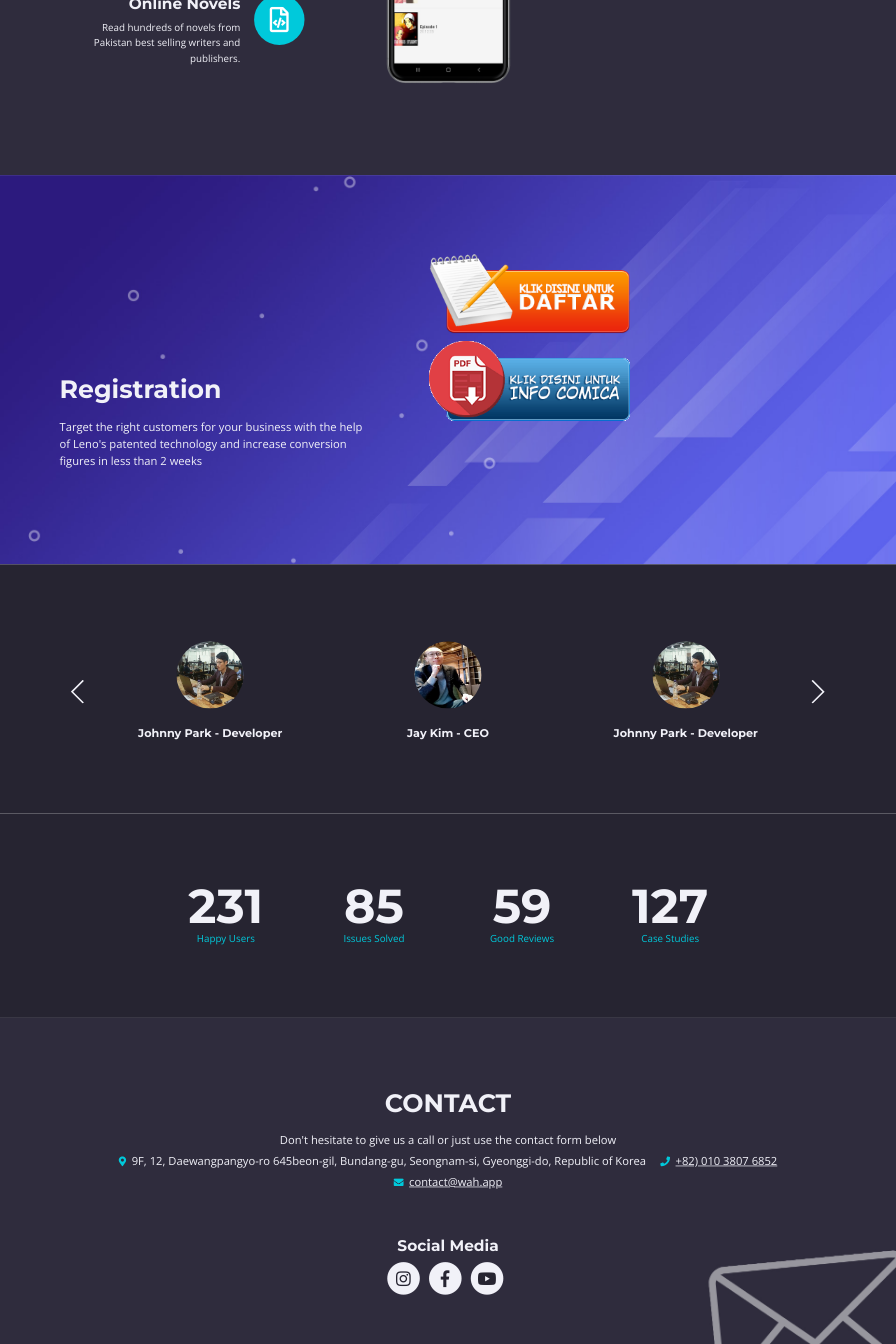
Repository: blackhat97/Homepage
Page: index.html
These files come from the project's save history. The page is drawn as it stood at one moment and after the next save; the edit follows.
The browser window is 1280 px wide. The pictures show the part of the page from y = 1513 to 3433 px (the page is 3525 px tall before and 4609 px after), at 70% of full size.

Above is the page before, as saved 2020-04-03 12:46:48.

After the next save:
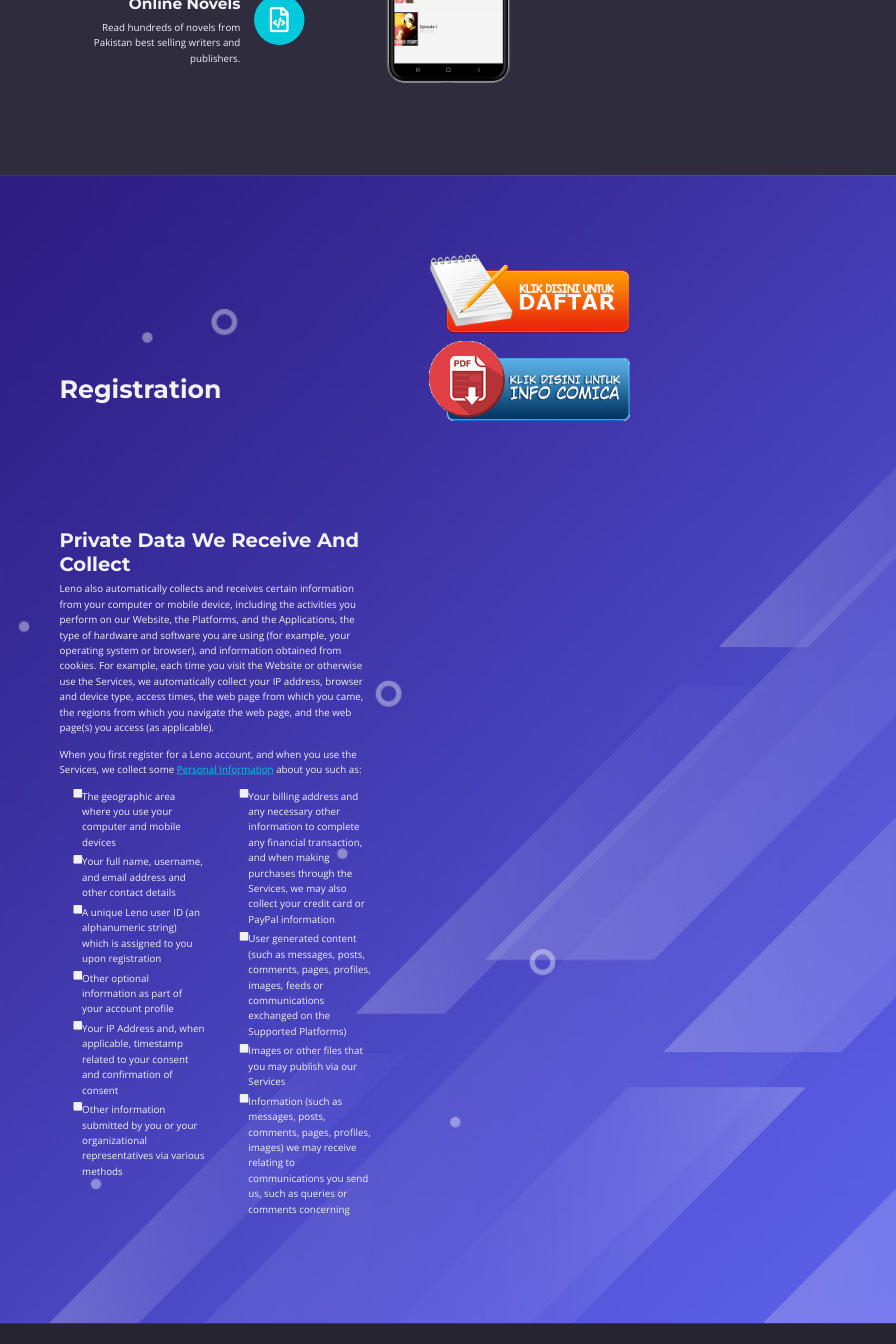
Saved 111 s later.
--- a/index.html
+++ b/index.html
@@ -223,7 +223,63 @@
                 <div class="col-lg-6 col-xl-5">
                     <div class="text-container">
                         <h2>Registration</h2>
-                        <p class="p-large">Target the right customers for your business with the help of Leno's patented technology and increase conversion figures in less than 2 weeks</p>
+                        <div class="text-container">
+                            <h3>Private Data We Receive And Collect</h3>
+                            <p>Leno also automatically collects and receives certain information from your computer or mobile device, including the activities you perform on our Website, the Platforms, and the Applications, the type of hardware and software you are using (for example, your operating system or browser), and information obtained from cookies. For example, each time you visit the Website or otherwise use the Services, we automatically collect your IP address, browser and device type, access times, the web page from which you came, the regions from which you navigate the web page, and the web page(s) you access (as applicable).</p>
+                            <p>When you first register for a Leno account, and when you use the Services, we collect some <a class="turquoise" href="#your-link">Personal Information</a> about you such as:</p>
+                            <div class="row">
+                                <div class="col-md-6">
+                                    <ul class="list-unstyled li-space-lg indent">
+                                        <li class="media">
+                                            <i class="fas fa-square"></i>
+                                            <div class="media-body">The geographic area where you use your computer and mobile devices</div>
+                                        </li>
+                                        <li class="media">
+                                            <i class="fas fa-square"></i>
+                                            <div class="media-body">Your full name, username, and email address and other contact details</div>
+                                        </li>
+                                        <li class="media">
+                                            <i class="fas fa-square"></i>
+                                            <div class="media-body">A unique Leno user ID (an alphanumeric string) which is assigned to you upon registration</div>
+                                        </li>
+                                        <li class="media">
+                                            <i class="fas fa-square"></i>
+                                            <div class="media-body">Other optional information as part of your account profile</div>
+                                        </li>
+                                        <li class="media">
+                                            <i class="fas fa-square"></i>
+                                            <div class="media-body">Your IP Address and, when applicable, timestamp related to your consent and confirmation of consent</div>
+                                        </li>
+                                        <li class="media">
+                                            <i class="fas fa-square"></i>
+                                            <div class="media-body">Other information submitted by you or your organizational representatives via various methods</div>
+                                        </li>
+                                    </ul>
+                                </div> <!-- end of col -->
+
+                                <div class="col-md-6">
+                                    <ul class="list-unstyled li-space-lg indent">
+                                        <li class="media">
+                                            <i class="fas fa-square"></i>
+                                            <div class="media-body">Your billing address and any necessary other information to complete any financial transaction, and when making purchases through the Services, we may also collect your credit card or PayPal information</div>
+                                        </li>
+                                        <li class="media">
+                                            <i class="fas fa-square"></i>
+                                            <div class="media-body">User generated content (such as messages, posts, comments, pages, profiles, images, feeds or communications exchanged on the Supported Platforms)</div>
+                                        </li>
+                                        <li class="media">
+                                            <i class="fas fa-square"></i>
+                                            <div class="media-body">Images or other files that you may publish via our Services</div>
+                                        </li>
+                                        <li class="media">
+                                            <i class="fas fa-square"></i>
+                                            <div class="media-body">Information (such as messages, posts, comments, pages, profiles, images) we may receive relating to communications you send us, such as queries or comments concerning</div>
+                                        </li>
+                                    </ul>
+                                </div> <!-- end of col -->
+                            </div> <!-- end of row -->
+                        </div> <!-- end of text-container-->
+                        <p class="p-large"></p>
                     </div> <!-- end of text-container -->
                 </div> <!-- end of col -->
                 <div class="col-lg-6 col-xl-7">
